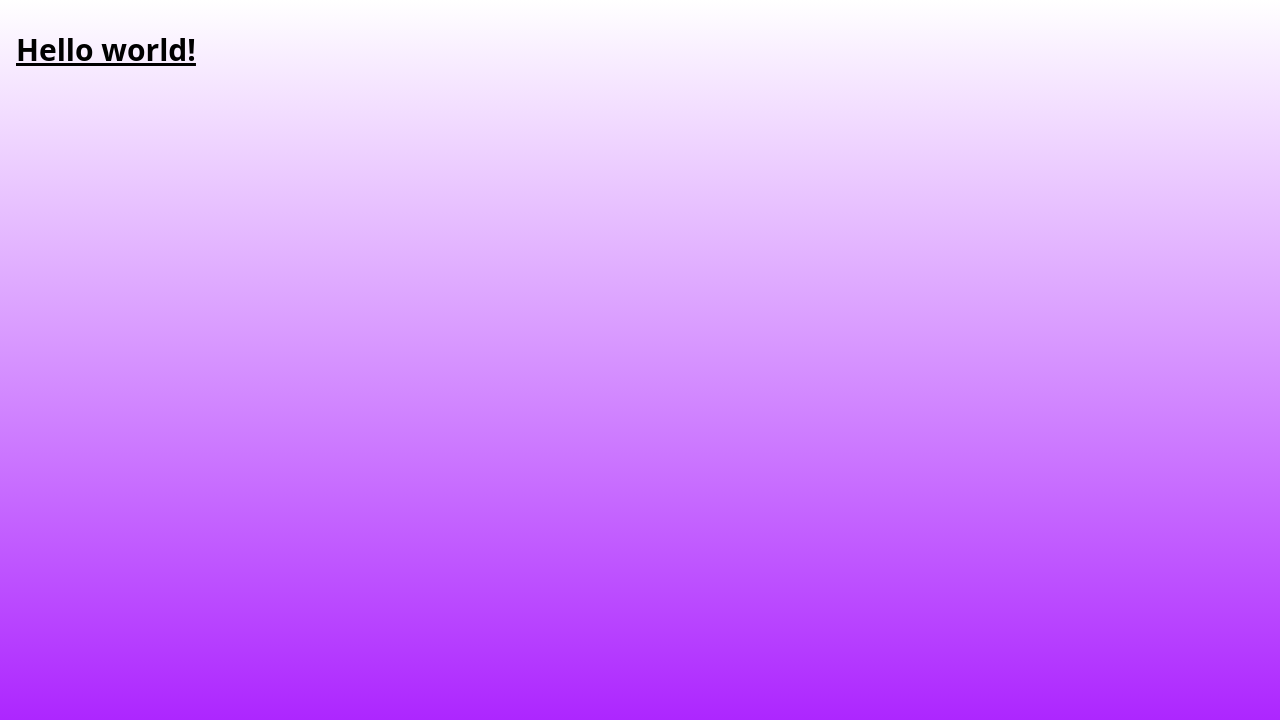
Repository: NBlue/react-tailwind
Page: /
The author's editor kept a copy of each file at every save. The page is drawn from the files as they stood at one save, then again after the next save.
The browser window is 1280 px wide. The pictures show the whole page.
The project was rebuilt for these pictures with package versions that can differ from the ones it lists, and the page was loaded fresh each time. Also part of the build but not shown: src/App.css.

Above is the page before, as saved 2022-03-28 16:46:37.

After the next save:
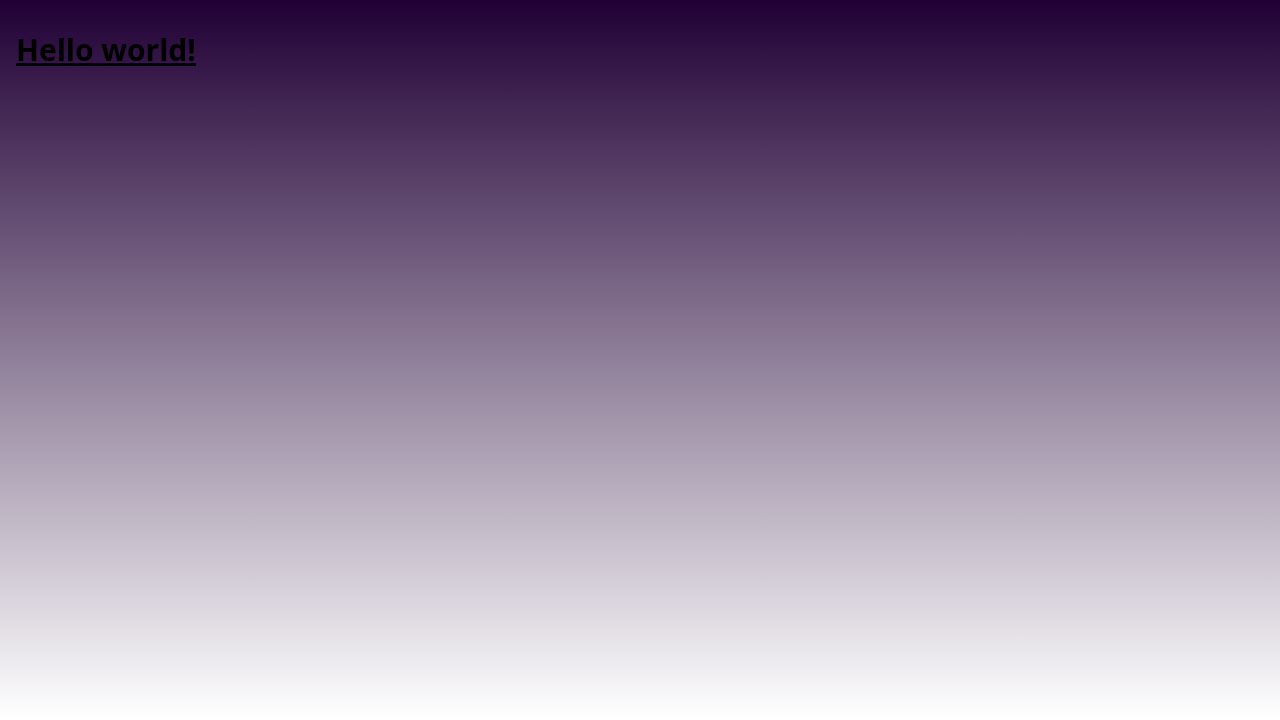
Saved 3 min 0 s later.
--- a/src/App.js
+++ b/src/App.js
@@ -2,7 +2,7 @@
 
 function App() {
     return (
-        <div className="h-screen px-4 py-8 bg-gradient-to-b from-white to-pink-500">
+        <div className="h-screen px-4 py-8 bg-gradient-to-b from-purple-900 to-purple-700r">
             <h1 className="text-3xl font-bold underline">Hello world!</h1>
         </div>
     );
